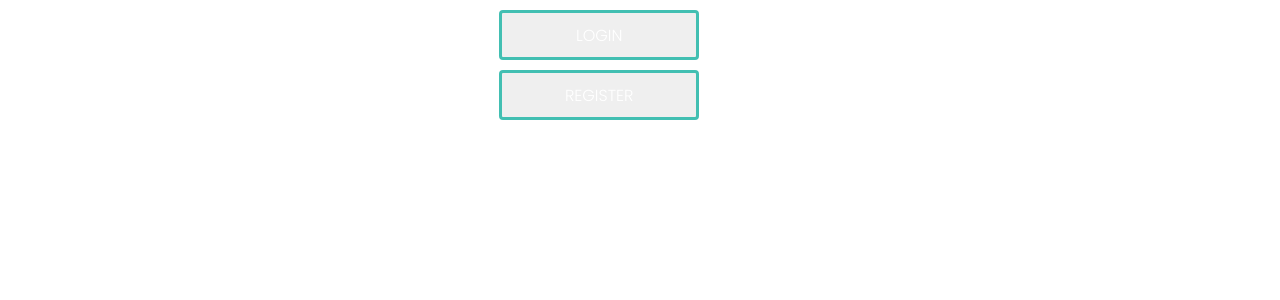
Repository: vu9ar/vu9ar.github.io
Page: WelcomePage/welcome.html
The author's editor kept a copy of each file at every save. The page is drawn from the files as they stood at one save, then again after the next save.
The browser window is 1280 px wide. The pictures show the whole page.

Above is the page before, as saved 2022-03-27 19:18:36.

After the next save:
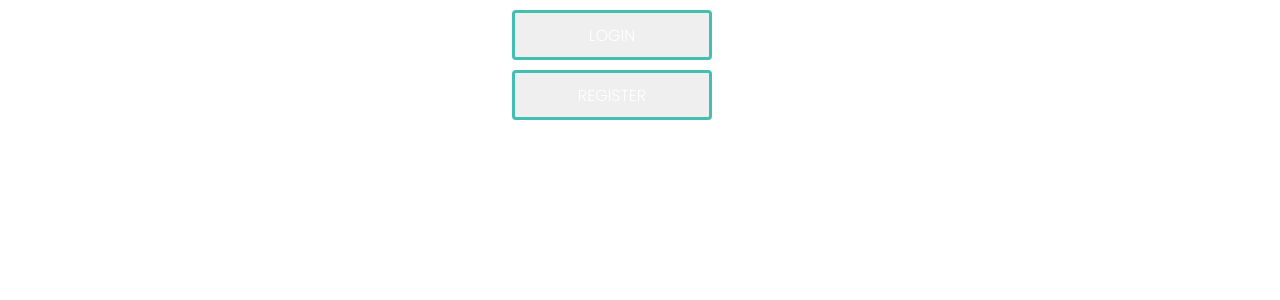
Saved 8 s later.
--- a/WelcomePage/style.css
+++ b/WelcomePage/style.css
@@ -50,7 +50,7 @@
 .button {
     width: 200px;
     height: 50px;
-    left: 39%;
+    left: 40%;
     margin-top: 10px;
     bottom: 50%;
     border: none;
